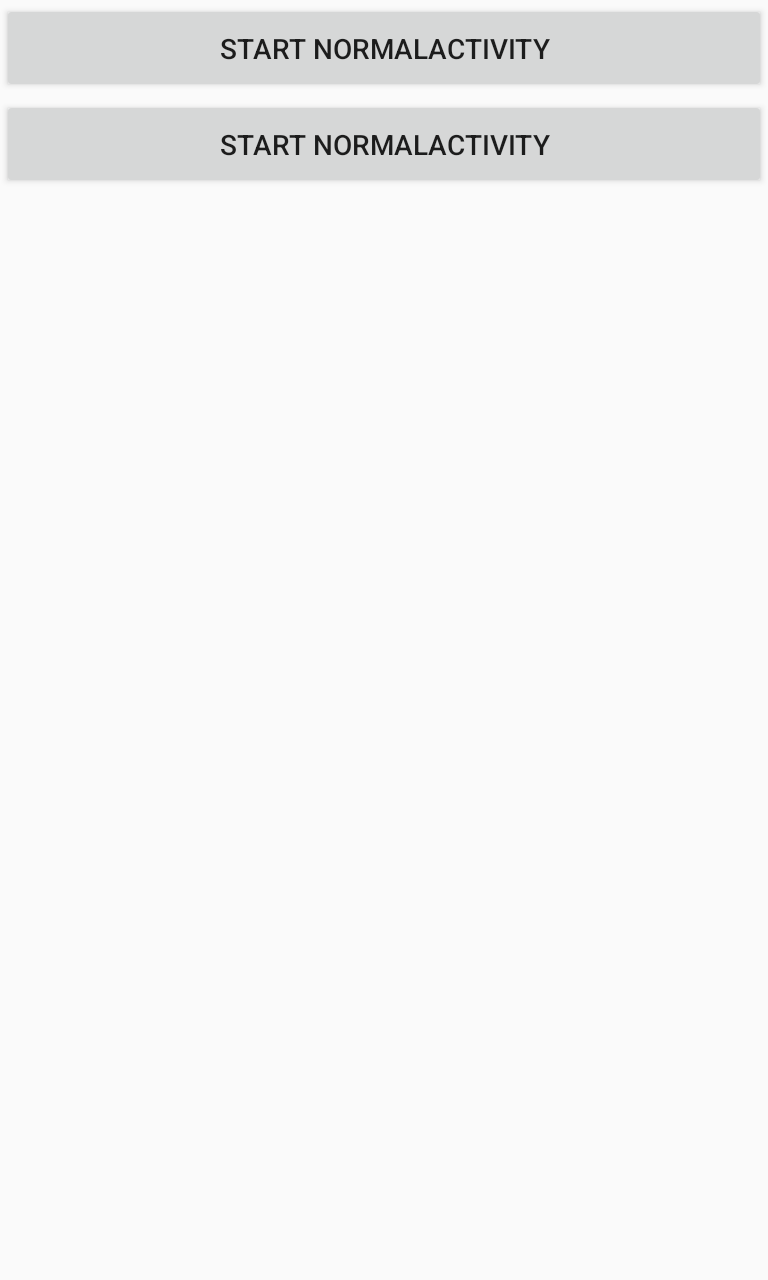
Repository: hohoTT/Android_summarize
Layout: ActivityLifeCycleTest/res/layout/activity_main.xml
An editor plug-in stored every save of this project. The layout is shown before and after the next save, followed by the edit.
It is drawn on a 768 x 1280 px phone screen (xhdpi) without system bars, with theme AppTheme; the app's code is not run.

Above is the layout before, as saved 2016-02-22 08:27:27.

After the next save:
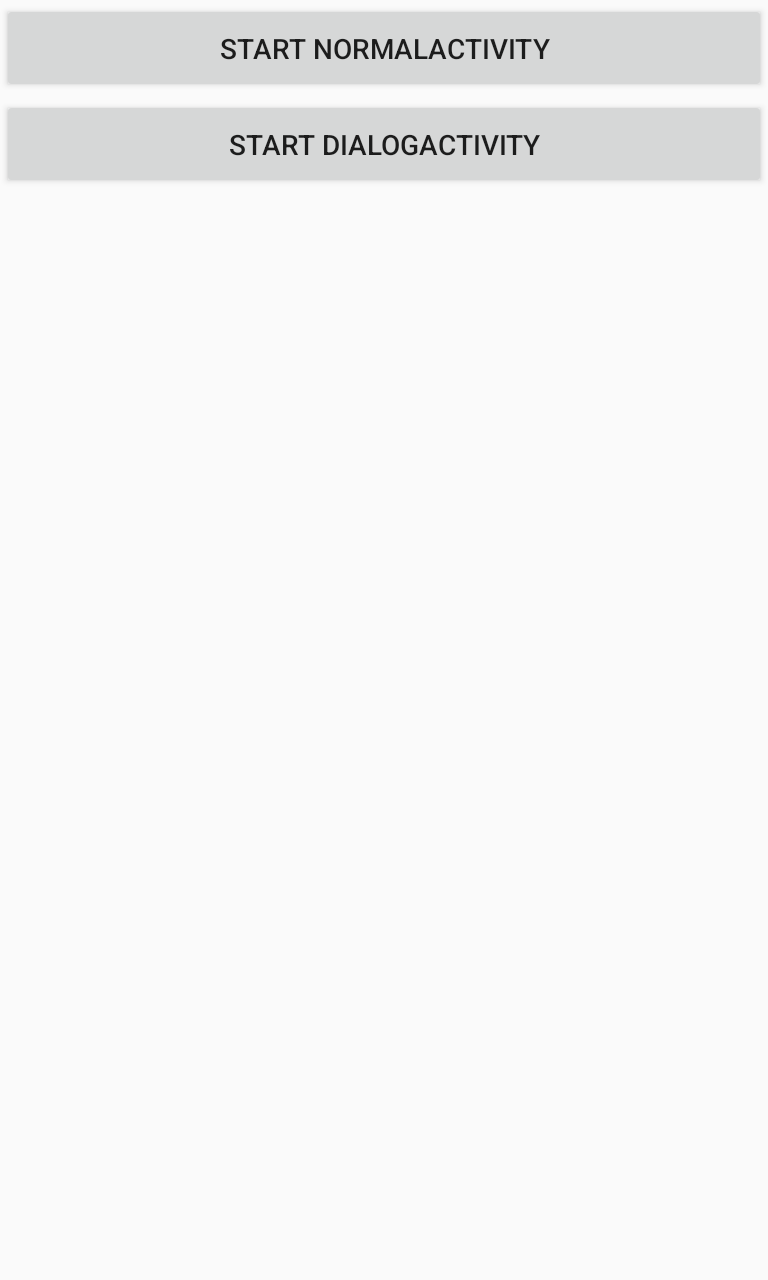
Saved 6 s later.
--- a/ActivityLifeCycleTest/res/layout/activity_main.xml
+++ b/ActivityLifeCycleTest/res/layout/activity_main.xml
@@ -13,6 +13,6 @@
         android:id="@+id/start_dialog_activity"
         android:layout_width="match_parent"
         android:layout_height="wrap_content"
-        android:text="Start NormalActivity" />
+        android:text="Start DialogActivity" />
 
 </LinearLayout>
